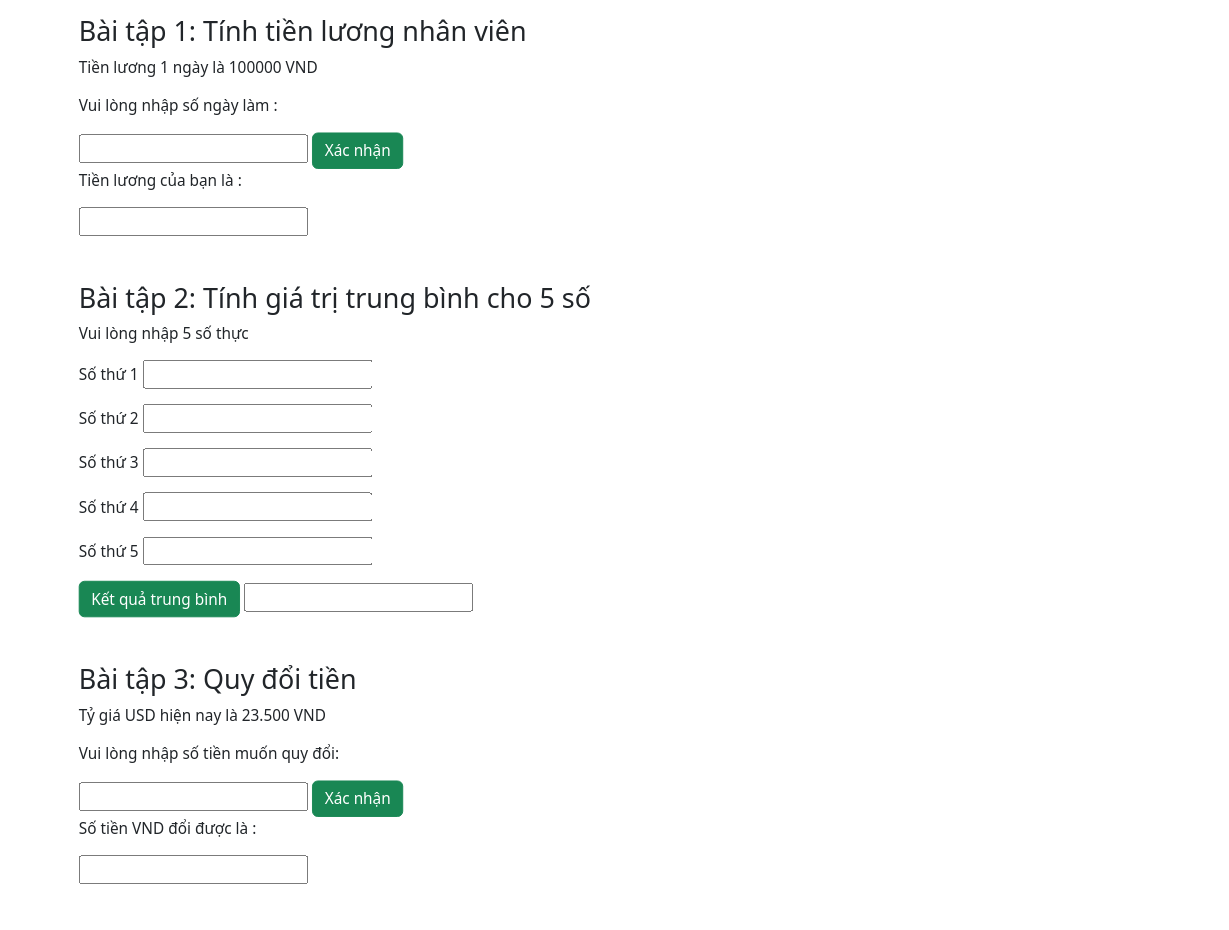
Repository: hcozyph/TranHuuPhuoc_BC43_BT_JS_Buoi2
Page: index.html
The author's editor kept a copy of each file at every save. The page is drawn from the files as they stood at one save, then again after the next save.
The browser window is 1280 px wide. The pictures show the whole page, at 96% of full size.

Above is the page before, as saved 2023-01-21 22:36:54.

### index.html
<!DOCTYPE html>
<html lang="en">
    <head>
        <title>BT JS - Buoi 1</title>
        <!-- Required meta tags -->
        <meta charset="utf-8" />
        <meta
            name="viewport"
            content="width=device-width, initial-scale=1, shrink-to-fit=no"
        />

        <!-- Bootstrap CSS v5.2.1 -->
        <link
            href="https://cdn.jsdelivr.net/npm/bootstrap@5.2.1/dist/css/bootstrap.min.css"
            rel="stylesheet"
            integrity="sha384-iYQeCzEYFbKjA/T2uDLTpkwGzCiq6soy8tYaI1GyVh/UjpbCx/TYkiZhlZB6+fzT"
            crossorigin="anonymous"
        />

        <!-- FontAwesome 6.2.0 CSS -->
        <link
            rel="stylesheet"
            href="https://cdnjs.cloudflare.com/ajax/libs/font-awesome/6.2.0/css/all.min.css"
            integrity="sha512-xh6O/CkQoPOWDdYTDqeRdPCVd1SpvCA9XXcUnZS2FmJNp1coAFzvtCN9BmamE+4aHK8yyUHUSCcJHgXloTyT2A=="
            crossorigin="anonymous"
            referrerpolicy="no-referrer"
        />

        <!-- index.css -->
        <link rel="stylesheet" href="./style/index.css" />
    </head>

    <body>
        <!-- BT1 -->
        <div class="container">
            <div class="BT1">
                <h1 class="fs-3 mt-3">Bài tập 1: Tính tiền lương nhân viên</h1>
                <p>Tiền lương 1 ngày là 100000 VND</p>
                <p>Vui lòng nhập số ngày làm :</p>
                <input type="number" id="soNgayLam" />
                <button
                    class="btn btn-success"
                    id="btnXacNhan"
                    onclick="inputSoNgayLam()"
                >
                    Xác nhận
                </button>
                <p>Tiền lương của bạn là :</p>
                <input type="text" id="result" />
            </div>

            <!-- BT2 -->
            <div class="BT2">
                <h1 class="fs-3 mt-5">
                    Bài tập 2: Tính giá trị trung bình cho 5 số
                </h1>
                <p>Vui lòng nhập 5 số thực</p>

                <p>Số thứ 1 <input type="number" id="n1" /></p>
                <p>Số thứ 2 <input type="number" id="n2" /></p>
                <p>Số thứ 3 <input type="number" id="n3" /></p>
                <p>Số thứ 4 <input type="number" id="n4" /></p>
                <p>Số thứ 5 <input type="number" id="n5" /></p>

                <button
                    class="btn btn-success"
                    id="btnAverage"
                    onclick="average()"
                >
                    Kết quả trung bình
                </button>
                <input type="text" id="average" />
            </div>

            <!-- BT3 -->
            <div class="BT3">
                <h1 class="fs-3 mt-5">Bài tập 3: Quy đổi tiền</h1>
                <p>Tỷ giá USD hiện nay là 23.500 VND</p>
                <p>Vui lòng nhập số tiền muốn quy đổi:</p>

                <input type="number" id="inputUsd" />
                <button
                    class="btn btn-success"
                    id="btnTradeMoney"
                    onclick="tradeMoney ()"
                >
                    Xác nhận
                </button>

                <p>Số tiền VND đổi được là :</p>
                <input type="text" id="tradeMoney" />
            </div>

            <!-- BT4 -->
            <div class="BT4">
                <h1 class="fs-3 mt-5"></h1>
            </div>
        </div>

        <!-- Bootstrap JavaScript Libraries -->
        <script
            src="https://cdn.jsdelivr.net/npm/@popperjs/core@2.11.6/dist/umd/popper.min.js"
            integrity="sha384-oBqDVmMz9ATKxIep9tiCxS/Z9fNfEXiDAYTujMAeBAsjFuCZSmKbSSUnQlmh/jp3"
            crossorigin="anonymous"
        ></script>

        <script
            src="https://cdn.jsdelivr.net/npm/bootstrap@5.2.1/dist/js/bootstrap.min.js"
            integrity="sha384-7VPbUDkoPSGFnVtYi0QogXtr74QeVeeIs99Qfg5YCF+TidwNdjvaKZX19NZ/e6oz"
            crossorigin="anonymous"
        ></script>

        <!-- index.js -->
        <script src="./index.js"></script>
    </body>
</html>

### index.js
//BT1: Tính tiền lương nhân viên
function inputSoNgayLam () {
    //input
    var soNgayLam = document.getElementById('soNgayLam').value;
    var luongMotNgay = 100000;
    //output
    var result = 0;

    var result = parseInt(soNgayLam) * parseInt(luongMotNgay);

    document.getElementById('result').value = result.toLocaleString() + ' VND';
}

//BT2: Tính trung bình cộng 5 số
function average () {
    //input
    var n1 = document.getElementById('n1').value;
    var n2 = document.getElementById('n2').value;
    var n3 = document.getElementById('n3').value;
    var n4 = document.getElementById('n4').value;
    var n5 = document.getElementById('n5').value;
    //output
    var average = 0;
    var soLuongInput = 5;

    var sum = parseFloat(n1) + parseFloat(n2) + parseFloat(n3) + parseFloat(n4) + parseFloat(n5);

    var average =  sum / parseFloat(soLuongInput) ;

    document.getElementById('average').value = average;
}

//BT3: Quy đổi tiền
function tradeMoney () {
    //input
    var inputUsd = document.getElementById('inputUsd').value;
    var tyGia = 23500;

    //output
    var tradeMoney = 0;

    var tradeMoney = parseInt(inputUsd) * parseInt(tyGia);
    document.getElementById('tradeMoney').value = tradeMoney.toLocaleString() + ' VND';


}










/*
Link vercel:
https://tran-huu-phuoc-bc-43-bt-js-buoi1.vercel.app/
*/

Loaded but not shown: style/index.css (no stored copy; drawn as an empty file)

After the next save:
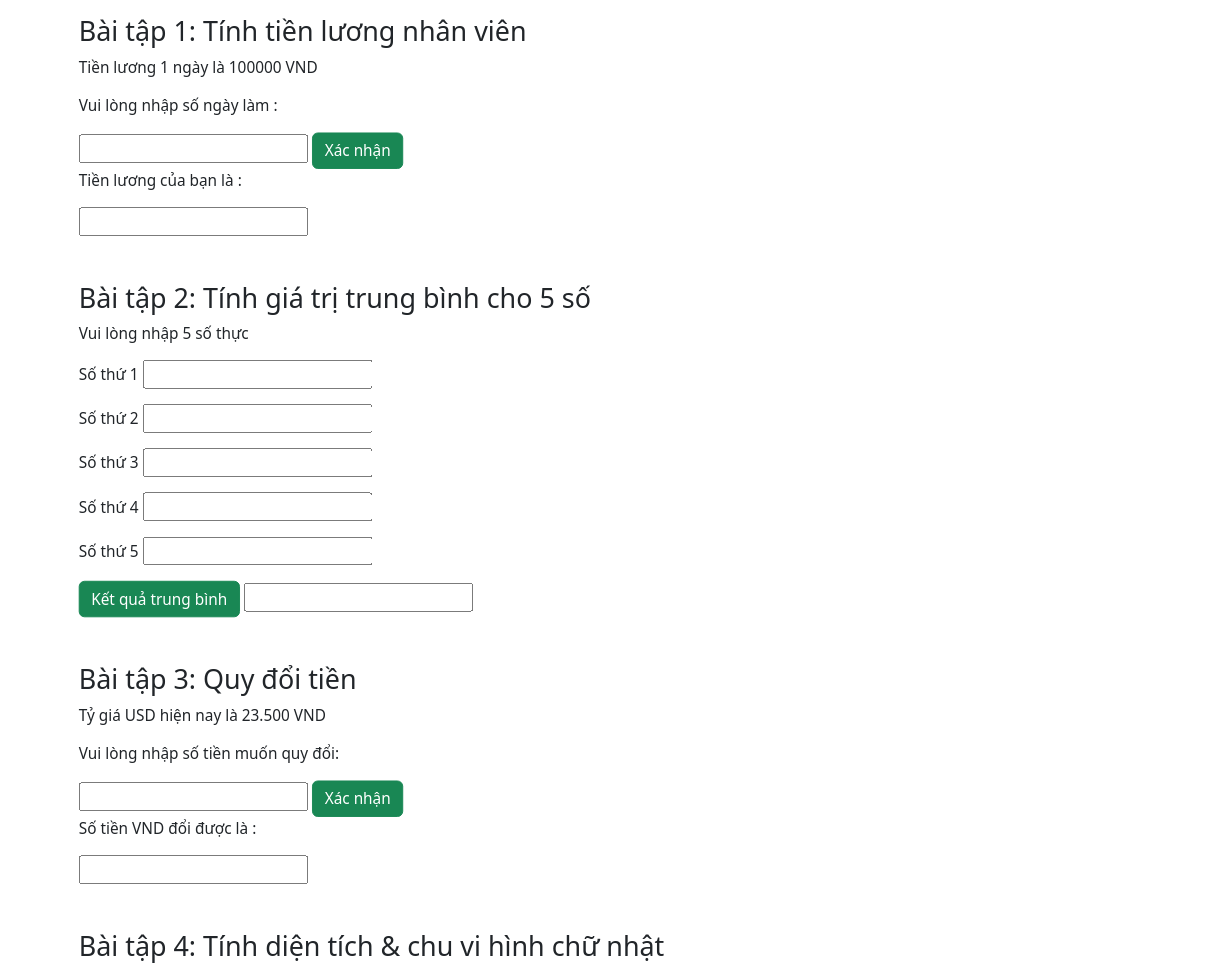
Saved 31 s later.
--- a/index.html
+++ b/index.html
@@ -93,7 +93,9 @@
 
             <!-- BT4 -->
             <div class="BT4">
-                <h1 class="fs-3 mt-5"></h1>
+                <h1 class="fs-3 mt-5">
+                    Bài tập 4: Tính diện tích & chu vi hình chữ nhật
+                </h1>
             </div>
         </div>
 
